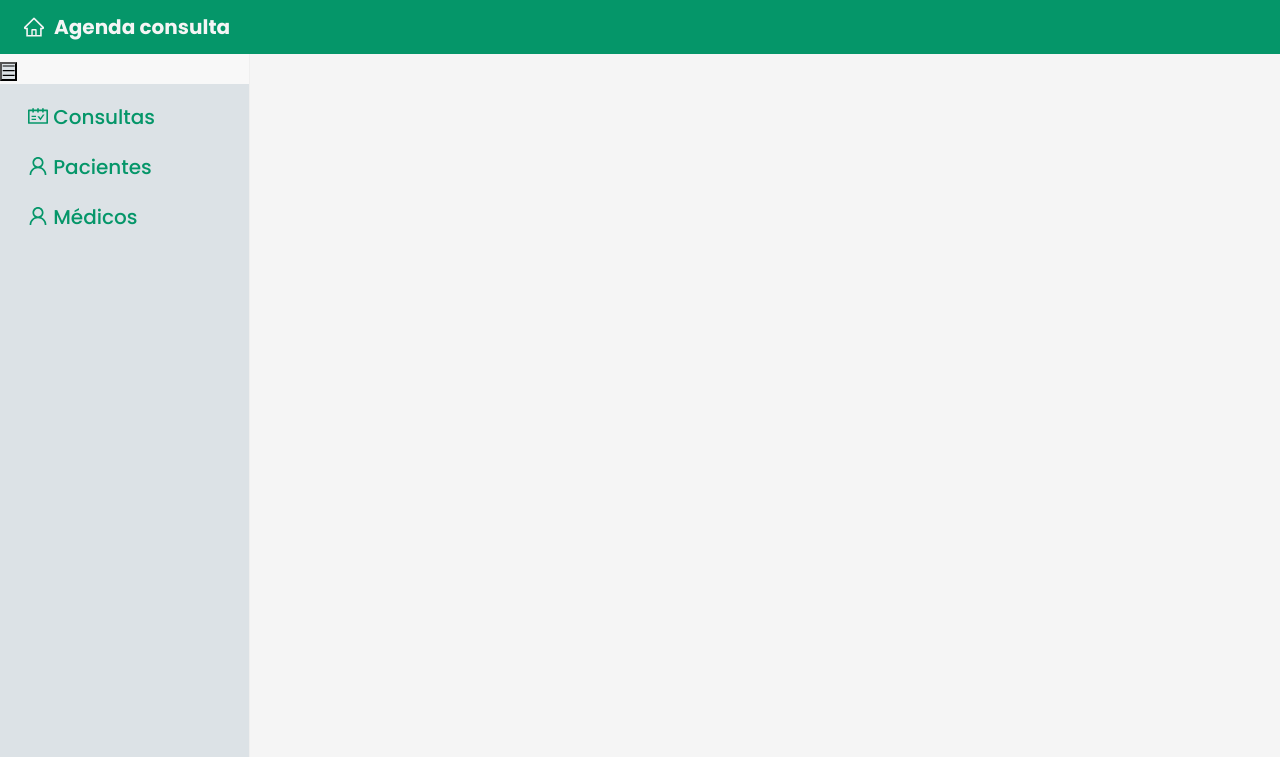
Repository: BarbaraCD/agendaconsulta
Page: /
These files come from the project's save history. The page is drawn as it stood at one moment and after the next save; the edit follows.
The browser window is 1280 px wide. The pictures show the whole page.
The project was rebuilt for these pictures with package versions that can differ from the ones it lists, and the page was loaded fresh each time. Also part of the build but not shown: vite.config.ts, src/services/ApiConfig.ts, src/services/appointment.services.ts, src/styles/InputContainer.ts, src/styles/Appointments.ts, src/services/doctor.services.ts, src/services/patient.services.ts, src/components/Calendar.tsx and 6 more.

Above is the page before, as saved 2023-09-01 09:42:47.

After the next save:
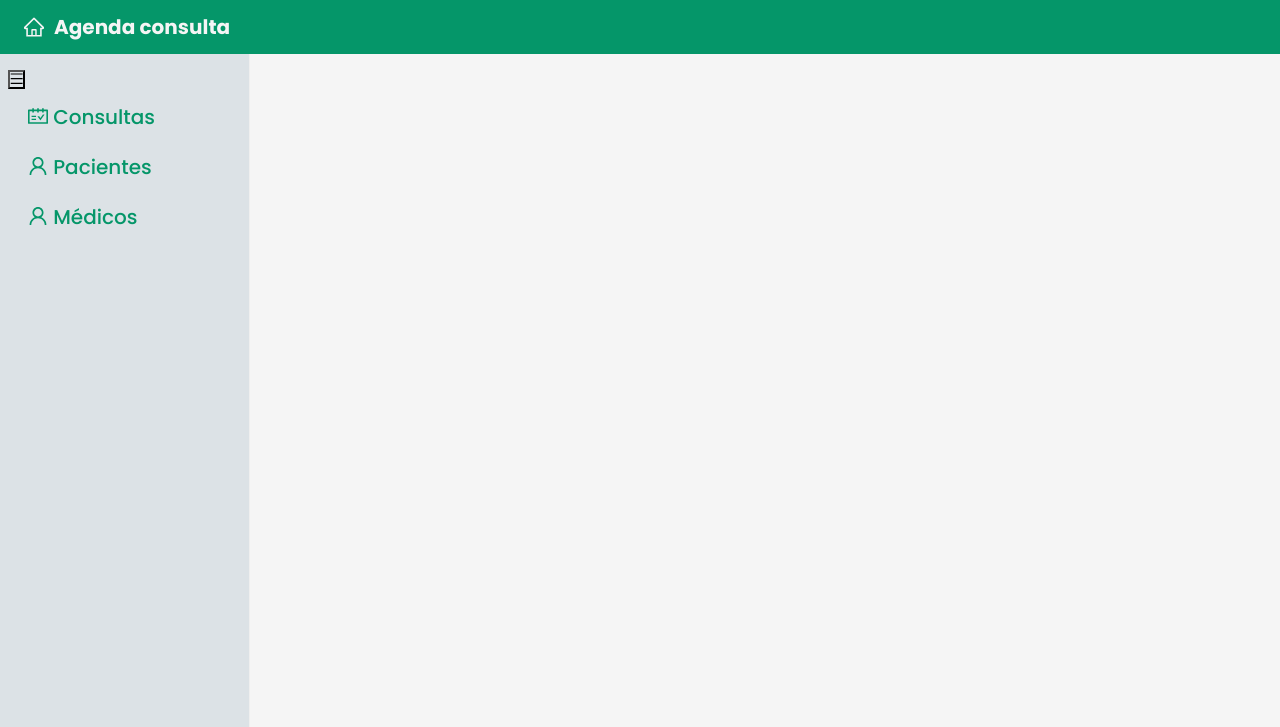
Saved 30 s later.
--- a/src/components/SidebarComponent.tsx
+++ b/src/components/SidebarComponent.tsx
@@ -11,11 +11,11 @@ export function SidebarComponent() {
   }
 
   return (
-    <StyledSidebar collapsed={collapsed}>
-      <button onClick={toggleSidebar}>
-        <MenuOutlined />
-      </button>
-      <StyledList>
+    <StyledSidebar>
+      <StyledList collapsed={collapsed}>
+        <button onClick={toggleSidebar}>
+          <MenuOutlined />
+        </button>
         <StyledItem component={<Link to="/appointments/calendar" />}>
           <ScheduleOutlined /> Consultas
         </StyledItem>
